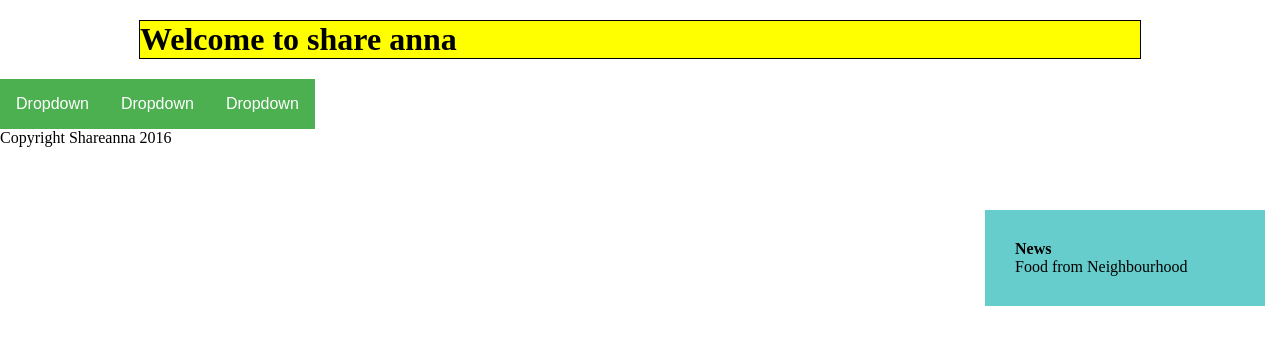
Repository: navigator007/shareanna
Page: practiceSpringMVC_1/src/main/webapp/home.html
The author's editor kept a copy of each file at every save. The page is drawn from the files as they stood at one save, then again after the next save.
The browser window is 1280 px wide. The pictures show the whole page.

Above is the page before, as saved 2016-08-20 22:57:19.

After the next save:
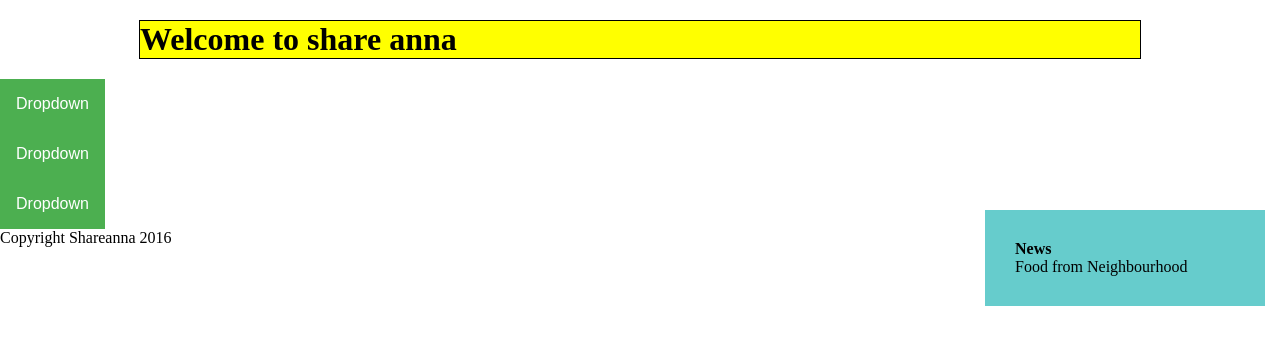
Saved 33 s later.
--- a/practiceSpringMVC_1/src/main/webapp/home.html
+++ b/practiceSpringMVC_1/src/main/webapp/home.html
@@ -11,7 +11,7 @@
 			<h1>Welcome to share anna</h1>
 		</header>
 	</div>
-	<ul class = "menu_dropdown">
+	<ul>
 		<li>
 			<div class="dropdown">
 				<button class="dropbtn">Dropdown</button>

After the save that followed:
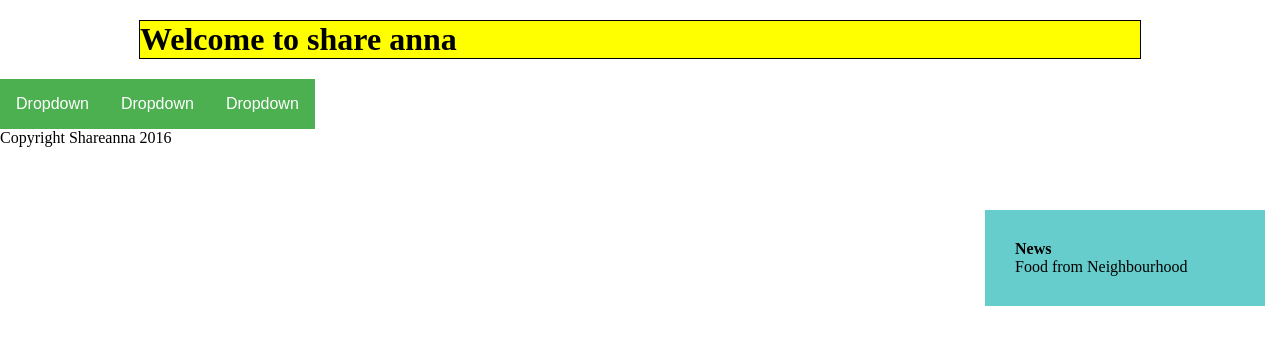
Saved 6 s later.
--- a/practiceSpringMVC_1/src/main/webapp/home.html
+++ b/practiceSpringMVC_1/src/main/webapp/home.html
@@ -11,7 +11,7 @@
 			<h1>Welcome to share anna</h1>
 		</header>
 	</div>
-	<ul>
+	<ul class = "menu_dropdown">
 		<li>
 			<div class="dropdown">
 				<button class="dropbtn">Dropdown</button>
